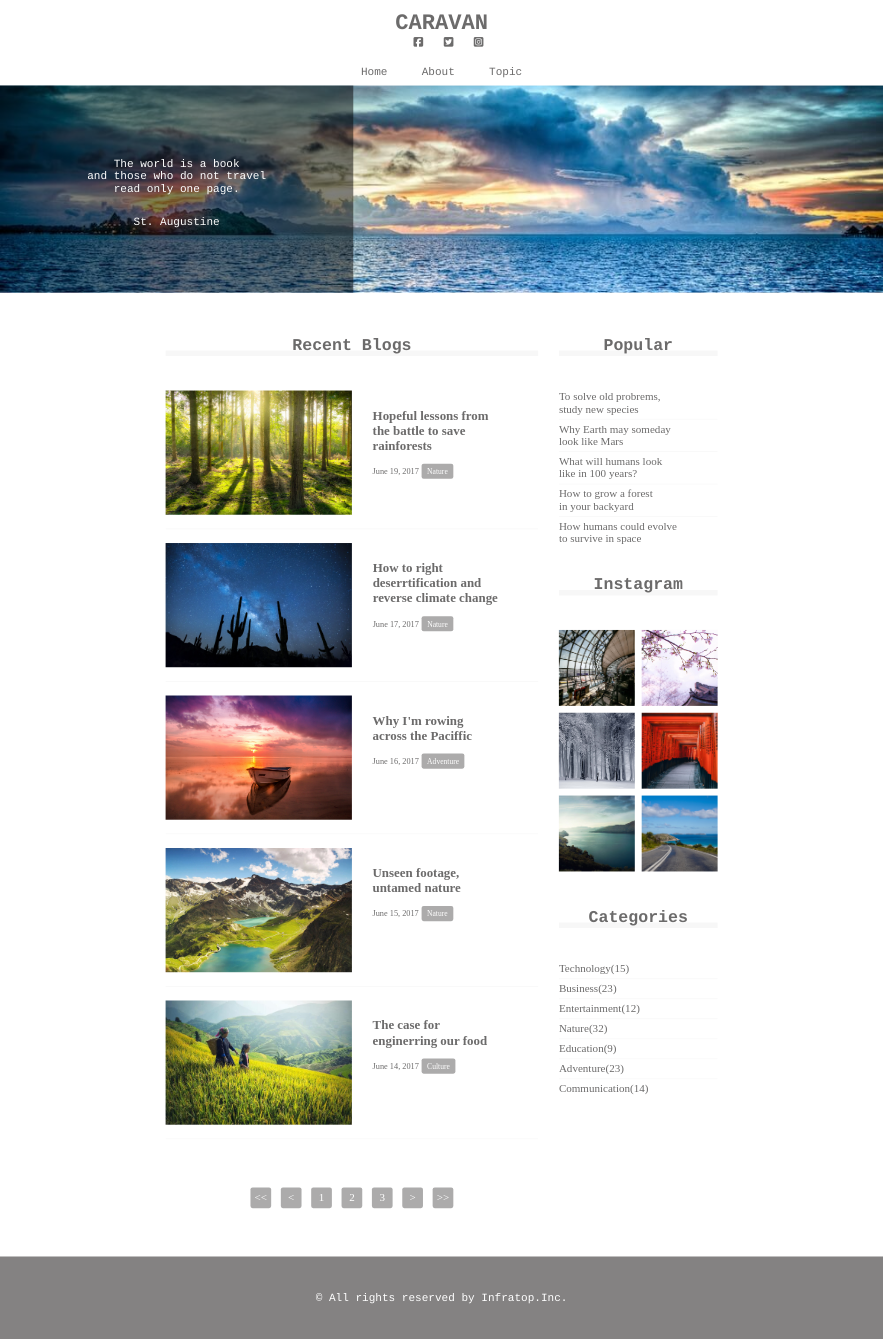
Repository: RAM-OK/git-practice
Page: caravan/index.html
The author's editor kept a record of every edit. The page is drawn from the files as they stood at one moment, then again after the next edit.
The browser window is 1280 px wide. The pictures show the whole page, at 69% of full size.
Some web libraries are served in a nearby version.

Above is the page before.

After the next edit:
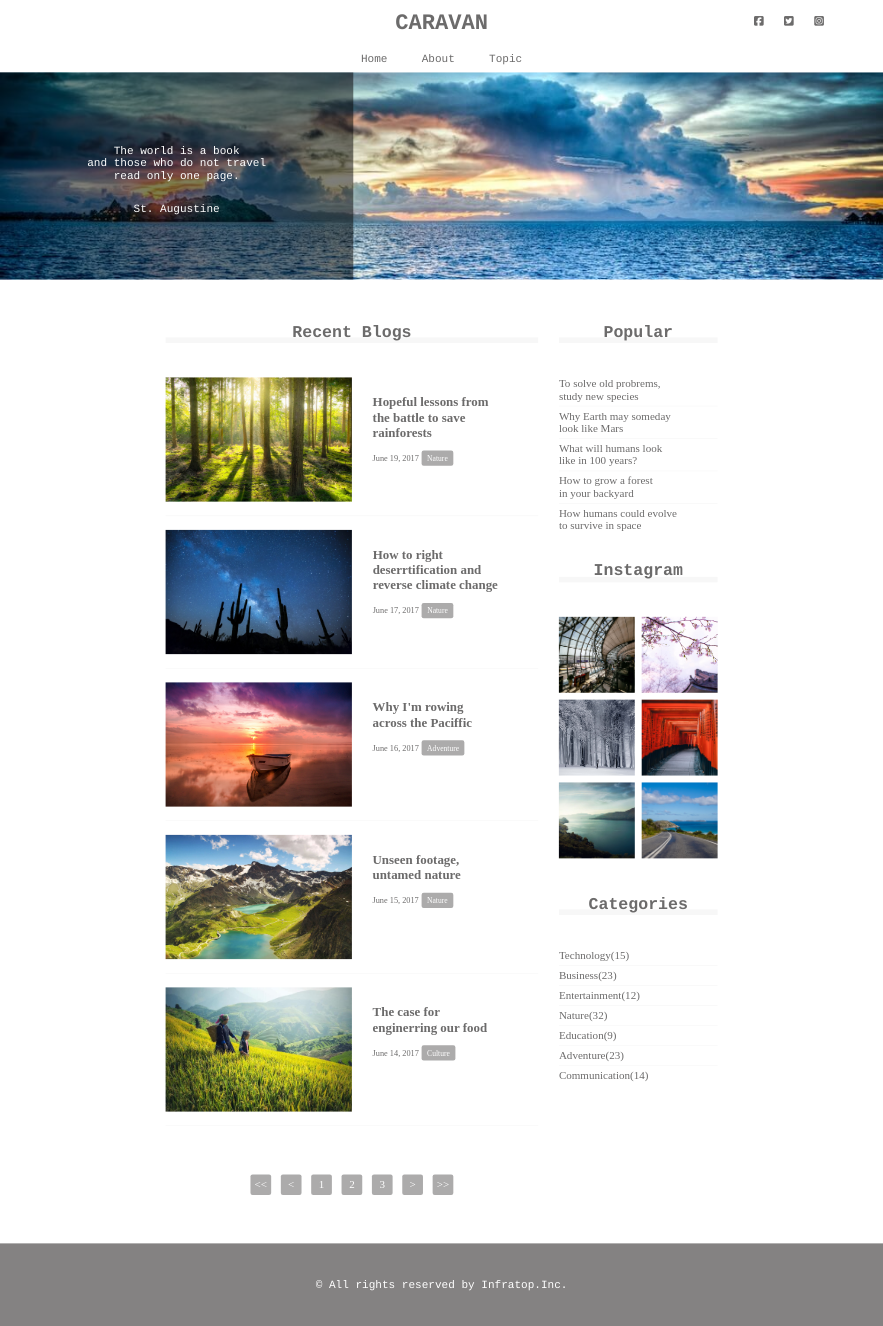
The edit:
--- a/caravan/style.css
+++ b/caravan/style.css
@@ -25,6 +25,12 @@
 .social i {
   display: inline-block;
   margin-left: 20px;
+}
+
+.social {
+  position: absolute;
+  top: 22px;
+  right: 22px;
 }
 
 header .heading {
